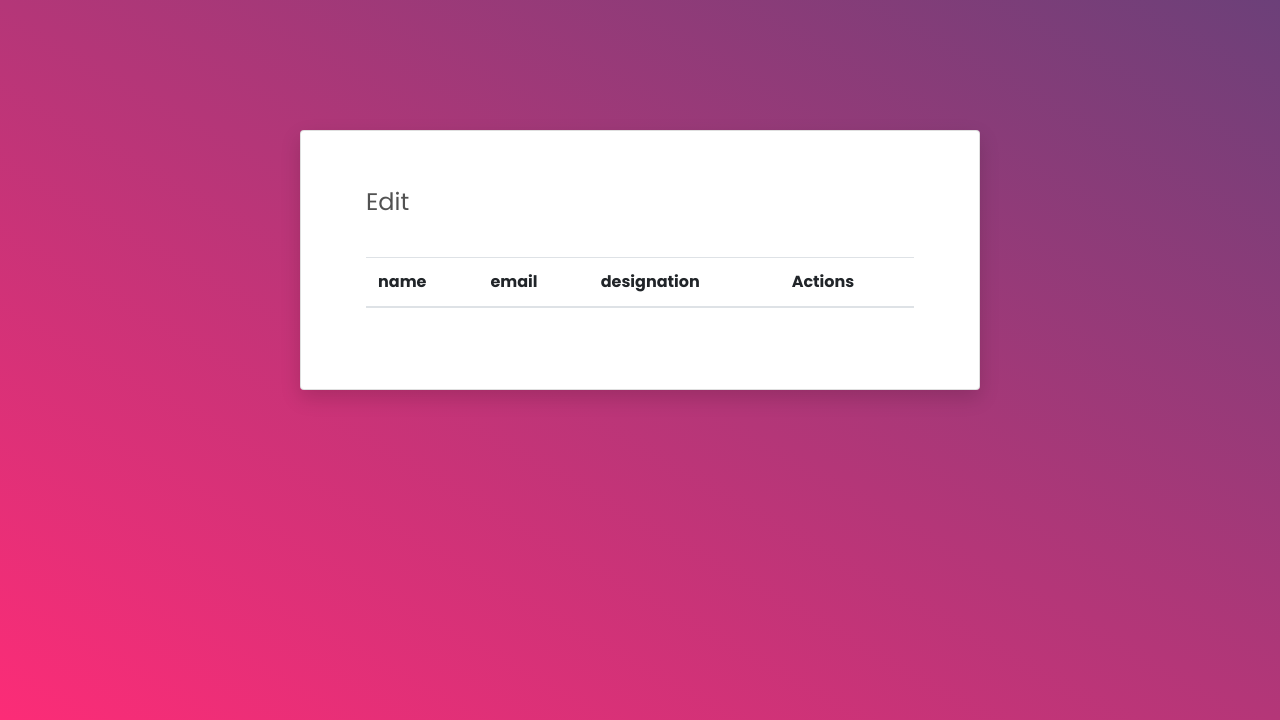
Repository: AbdulRehman0/registration
Page: http://localhost/dashboard.php
These files come from the project's save history. The page is drawn as it stood at one moment and after the next save; the edit follows.
The browser window is 1280 px wide. The pictures show the whole page.
The page is run by PHP 8.4 with error messages shown; the project is at /var/www/html/. The session is filled in as if someone had signed in: {"session_id": true, "name": "Test User", "email": "test@example.com", "id": 1, "session_role": 1}. Queries for data that is not in the repository find no rows.

Above is the page before, as saved 2021-01-05 20:40:59.

After the next save:
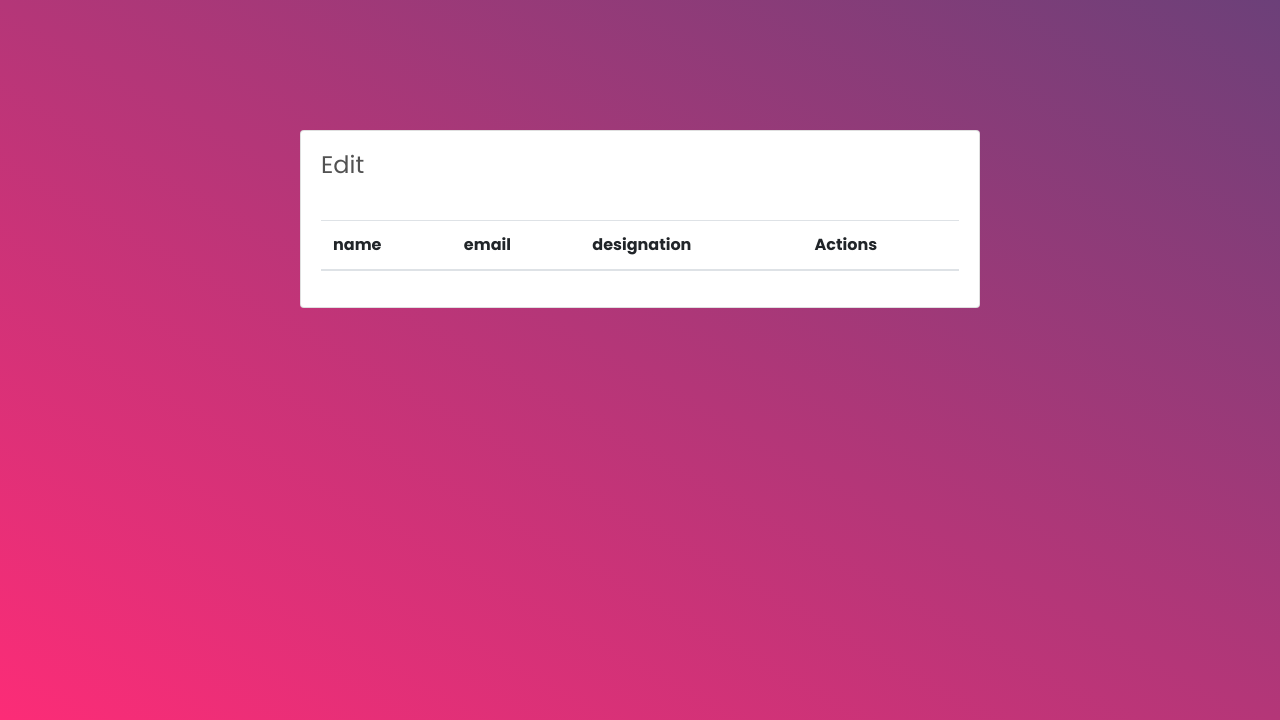
Saved 18 s later.
--- a/dashboard.php
+++ b/dashboard.php
@@ -24,7 +24,7 @@ include "./templates/header.php";
 <body>
     <div class="page-wrapper bg-gra-02 p-t-130 p-b-100 font-poppins">
         <div class="wrapper wrapper--w680">
-            <div class="card card-4">
+            <div class="card card-6">
                 <div class="card-body">
                     <h2 class="title">Edit</h2>
                     <table class="table">
